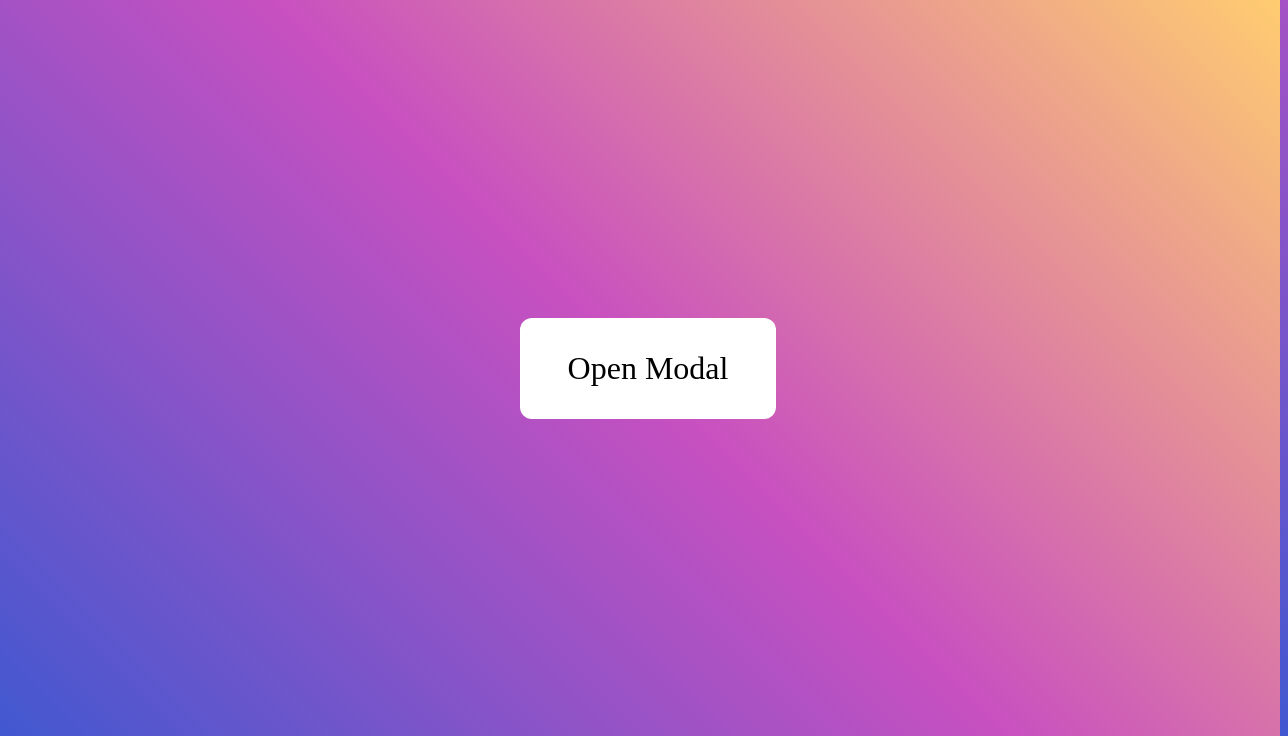
Repository: HoanTiny/30projects-30day
Page: Day 3/index.html
The author's editor kept a copy of each file at every save. The page is drawn from the files as they stood at one save, then again after the next save.
The browser window is 1280 px wide. The page is 1288 px wide, so the pictures cover 1288 px, including what lies to the right of the window. The pictures show the whole page.
Some web libraries are served in a nearby version.

Above is the page before, as saved 2021-12-01 15:47:22.

### Day 3/index.html
<!DOCTYPE html>
<html lang="en">
    <head>
        <meta charset="UTF-8" />
        <meta http-equiv="X-UA-Compatible" content="IE=edge" />
        <meta name="viewport" content="width=device-width, initial-scale=1.0" />
        <title>Day 2</title>
        <link
            rel="stylesheet"
            href="https://use.fontawesome.com/releases/v5.13.0/css/all.css"
            integrity="sha384-Bfad6CLCknfcloXFOyFnlgtENryhrpZCe29RTifKEixXQZ38WheV+i/6YWSzkz3V"
            crossorigin="anonymous"
        />
        <link rel="stylesheet" href="./styles.css" />
    </head>
    <body>
        <div class="modal">Open Modal</div>
    </body>
</html>

### Day 3/styles.css
body {
    background-image: linear-gradient(45deg, rgb(65, 88, 208) 0%, rgb(200, 80, 192) 50%, rgb(255, 204, 112) 100%);
    height: 100vh;
    overflow: hidden;
    width: 100%;
    display: flex;
    align-items: center;
    justify-content: center;
}

.modal {
    padding: 32px 48px;
    background-color: #fff;
    border-radius: 12px;
    font-size: 32px;
}

After the next save:
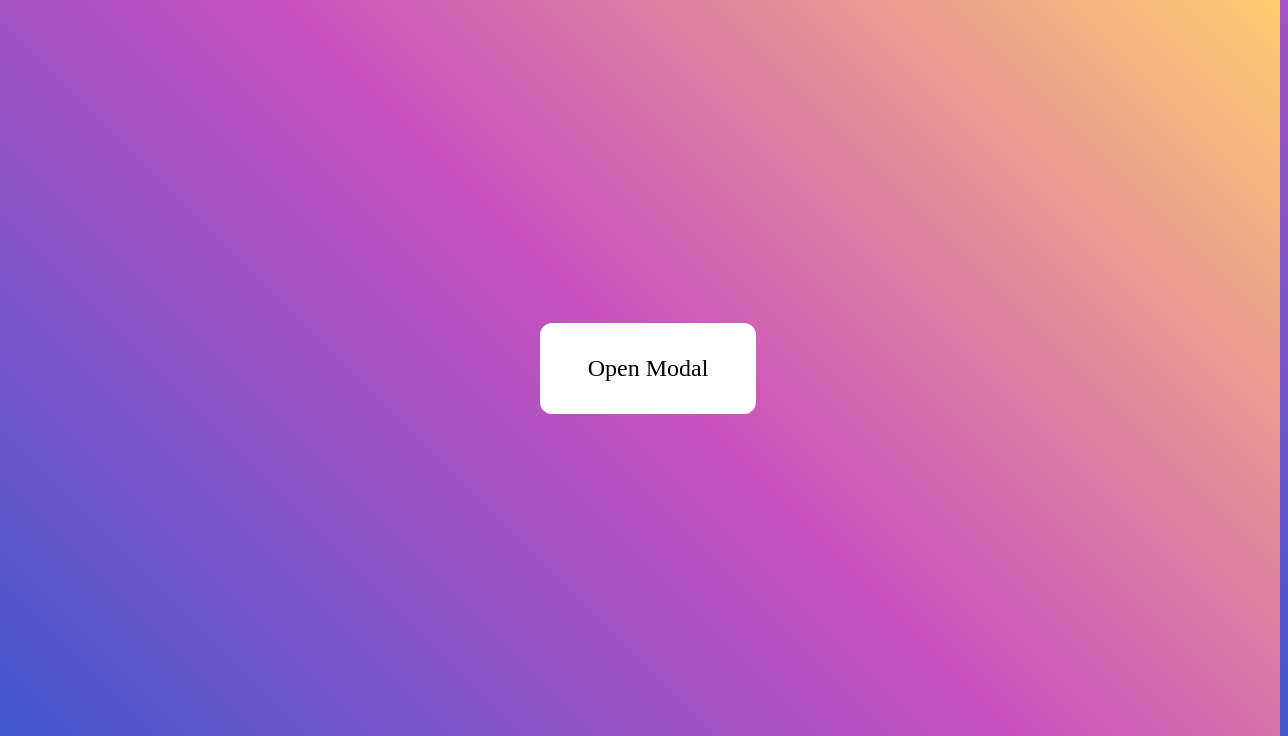
Saved 6 s later.
--- a/Day 3/styles.css
+++ b/Day 3/styles.css
@@ -12,5 +12,5 @@ body {
     padding: 32px 48px;
     background-color: #fff;
     border-radius: 12px;
-    font-size: 32px;
+    font-size: 24px;
 }
